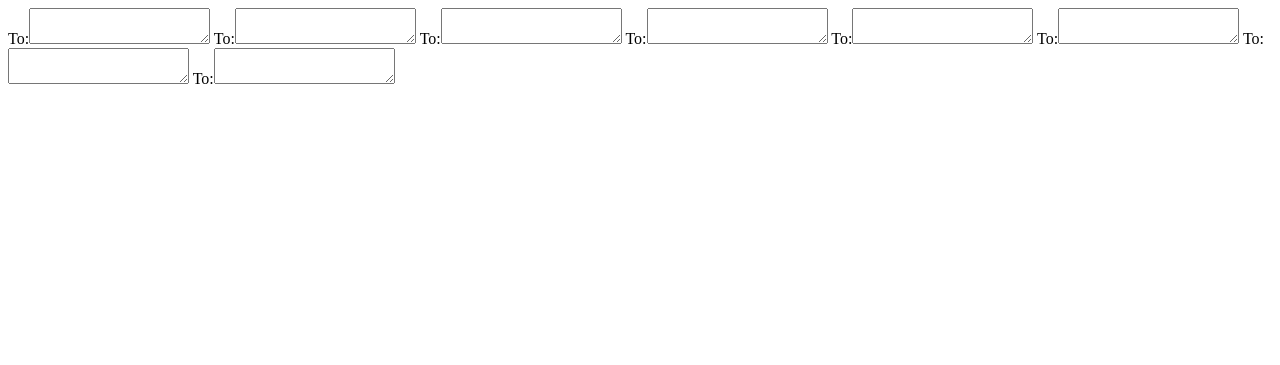
Repository: SarfarazG/java
Page: http://localhost/mailing_system/SentMail.jsp
These files come from the project's save history. The page is drawn as it stood at one moment and after the next save; the edit follows.
The browser window is 1280 px wide. The pictures show the whole page.
The page is served by Tomcat 9. Other server files are loaded and not shown.

Above is the page before, as saved 2016-09-03 10:24:48.

### mailing_system/WebContent/SentMail.jsp
<%@ page language="java" contentType="text/html; charset=ISO-8859-1"
    pageEncoding="ISO-8859-1"%>
<!DOCTYPE html PUBLIC "-//W3C//DTD HTML 4.01 Transitional//EN" "http://www.w3.org/TR/html4/loose.dtd">
<html>
<head>
<meta http-equiv="Content-Type" content="text/html; charset=ISO-8859-1">
<title>Insert title here</title>
</head>
<body>
<form action="">
To:<textarea ></textarea>
To:<textarea ></textarea>
To:<textarea ></textarea>
To:<textarea ></textarea>
To:<textarea ></textarea>
To:<textarea ></textarea>
To:<textarea ></textarea>
To:<textarea ></textarea>

</form>

</body>
</html>

After the next save:
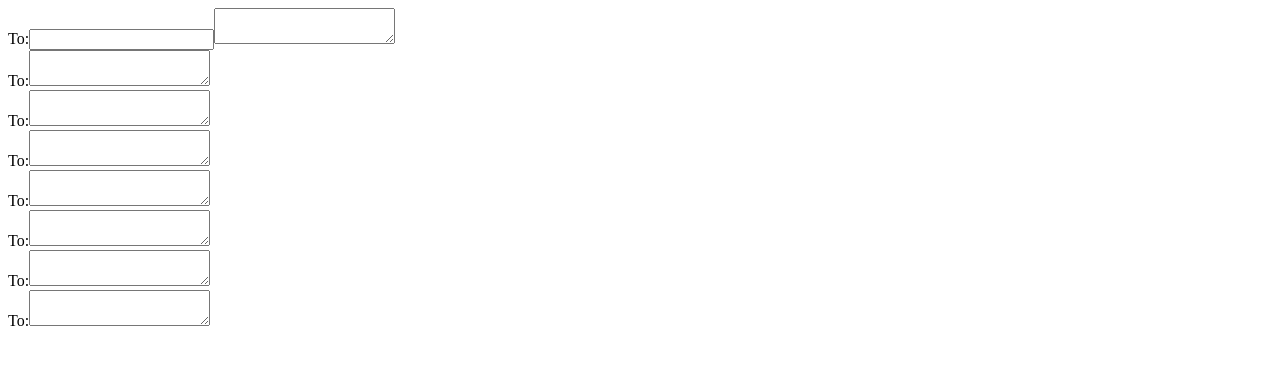
Saved 2 min 3 s later.
--- a/mailing_system/WebContent/SentMail.jsp
+++ b/mailing_system/WebContent/SentMail.jsp
@@ -8,14 +8,14 @@
 </head>
 <body>
 <form action="">
-To:<textarea ></textarea>
-To:<textarea ></textarea>
-To:<textarea ></textarea>
-To:<textarea ></textarea>
-To:<textarea ></textarea>
-To:<textarea ></textarea>
-To:<textarea ></textarea>
-To:<textarea ></textarea>
+To:<input type="text"><textarea ></textarea><br>
+To:<textarea ></textarea><br>
+To:<textarea ></textarea><br>
+To:<textarea ></textarea><br>
+To:<textarea ></textarea><br>
+To:<textarea ></textarea><br>
+To:<textarea ></textarea><br>
+To:<textarea ></textarea><br>
 
 </form>
 
